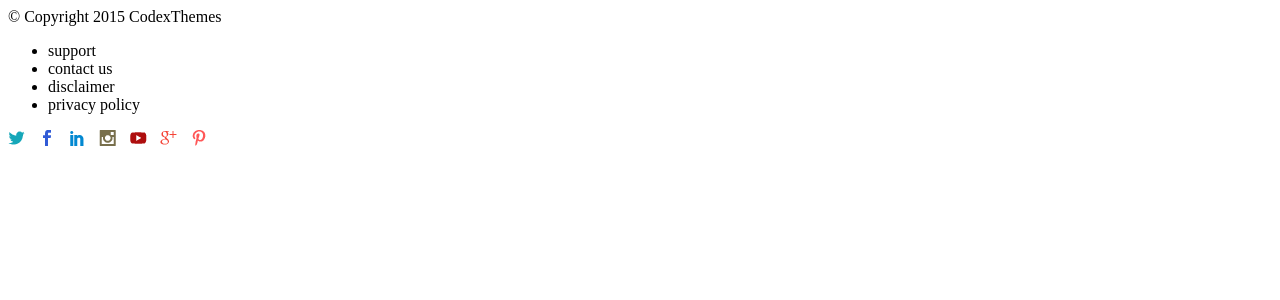
Repository: flylessbird/shop_cart
Page: html/footer.html
These files come from the project's save history. The page is drawn as it stood at one moment and after a run of saves; the edit follows.
The browser window is 1280 px wide. The pictures show the whole page.

Above is the page before, as saved 2022-05-10 15:31:07.

After the next 4 saves:
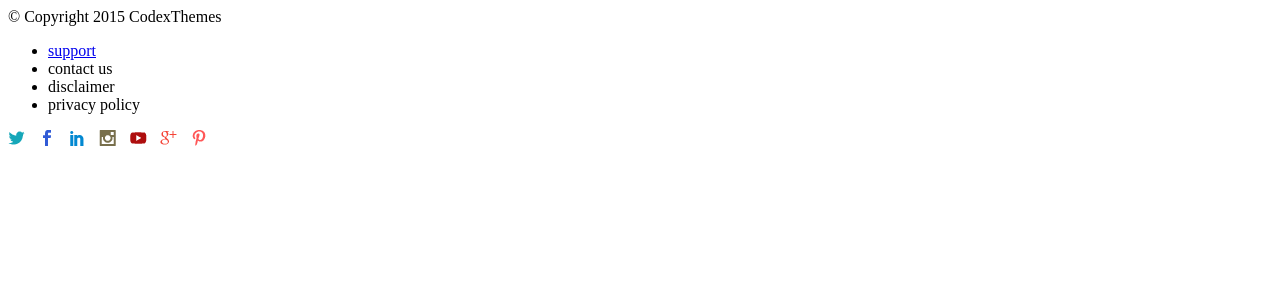
The 4 saves are shown as one change because they came seconds apart.
The last was saved 19 s later.
--- a/html/footer.html
+++ b/html/footer.html
@@ -13,7 +13,7 @@
     <span class="theme">CodexThemes</span>
 </div>
 <ul class="ft_option">
-<li>support</li>
+<li><a href="#">support</a></li>
 <li>contact us</li>
 <li>disclaimer</li>
 <li>privacy policy</li>
